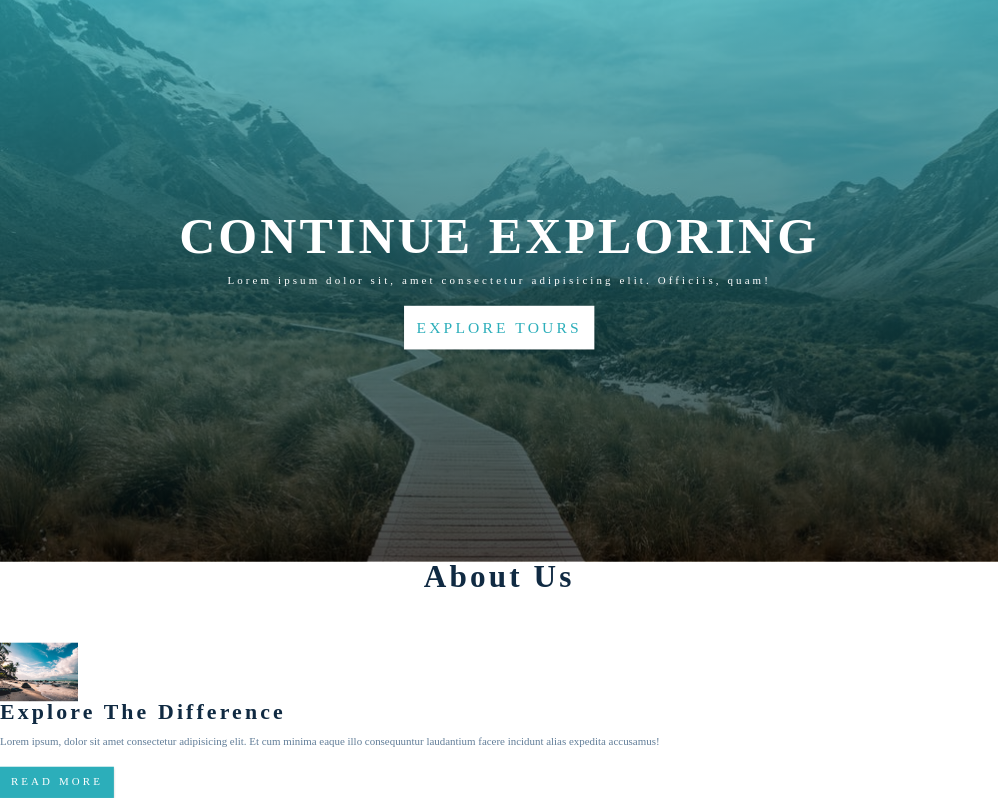
Repository: Ndifoinhilary/flexbox-project
Page: index.html
These files come from the project's save history. The page is drawn as it stood at one moment and after the next save; the edit follows.
The browser window is 1280 px wide. The pictures show the whole page, at 78% of full size.

Above is the page before, as saved 2024-01-18 15:02:06.

### index.html
<!DOCTYPE html>
<html lang="en">
  <head>
    <meta charset="UTF-8" />
    <meta name="viewport" content="width=device-width, initial-scale=1.0" />
    <meta http-equiv="X-UA-Compatible" content="ie=edge" />
    <title>Backroads || Tour Company</title>
    <!-- favicon -->
    <link rel="shortcut icon" href="./images/favicon.ico" type="image/x-icon" />
    <!-- font-awesome -->
    <link rel="stylesheet" href="fontawesome-free-5.9.0-web/css/all.min.css" />
    <!-- styles css -->
    <link rel="stylesheet" href="./css/main.css" />
  </head>
  <body>
    <header id="home">
      <!-- nav bar -->
      <!-- end of nav bar -->
  <!-- hero section  -->
  <div class="hero">
    <div class="hero-banner">
      <h1>continue exploring</h1>
      <p>Lorem ipsum dolor sit, amet consectetur adipisicing elit. Officiis, quam!</p>
      <a href="#feature" class="btn hero-btn scroll-link ">explore tours</a>
    </div>
  </div>
   <!-- end of hero section  -->
    </header>
    <!-- end of header -->
   <!-- section -->
    <section class="section" id="about">
      <!-- section title -->
      <div class="section-title">
        <h2>about <span>us</span></h2>
      </div>
            <!-- section title -->
        <div class="section-center about-center">
          <!-- about image wrapper -->
          <article class="about-img">
            <img src="./images/about.jpeg"  class="about-photo" alt="awesome">
          </article>
          <!-- about infor -->
          <artilce class="about-info">
            <h3>explore the difference</h3>
            <p>Lorem ipsum, dolor sit amet consectetur adipisicing elit. Et cum minima eaque illo consequuntur laudantium facere incidunt alias expedita accusamus!</p>
            <a href="#" class="btn">read more</a>
          </artilce>
        </div>
    </section>
    <!-- end of section -->
  </body>
</html>

### css/main.css
@import url("https://fonts.googleapis.com/css?family=Lato:300,400|Poppins&display=swap");
/* css variables */
:root {
    --clr-primary-1:hsl(184, 91%, 17%);
    --clr-primary-2:hsl(185, 84%, 25%);
    --clr-primary-3:hsl(185, 81%, 29%);
    --clr-primary-4:hsl(184, 77%, 34%);
    --clr-primary-5:hsl(185, 62%, 45%);
    --clr-primary-6:hsl(185, 57%, 50%);
    --clr-primary-7:hsl(184, 65%, 59%);
    --clr-primary-8:hsl(184, 80%, 74%);
    --clr-primary-9:hsl(185, 94%, 84%);
    --clr-primary-100:hsl(186, 100%, 94%);
    /* dark grey */
    --clr-grey-1:hsl(209, 61%, 16%);
    --clr-grey-2:hsl(211, 39%, 23%);
    --clr-grey-3:hsl(209, 34%, 30%);
    --clr-grey-4:hsl(209, 28%, 39%);
    --clr-grey-5:hsl(210, 22%, 49%);
    --clr-grey-6:hsl(209, 23%, 60%);
    --clr-grey-7:hsl(211, 27%, 70%);
    --clr-grey-8:hsl(210, 31%, 80%);
    --clr-grey-9:hsl(212, 33%, 89%);
    --clr-grey-10:hsl(210, 36%, 96%);
     --clr-White: #fff;
  --ff-primary:"Lato" sans-serif ;
  --offWhite: #f7f7f7;
  --mainBlack: #222;
  --mainGrey: #ececec;
  --darkGrey: #afafaf;
  --transition: all 0.3s linear;
  --spacing: 0.25rem;
  --radius:0.5rem;
  --light-shadow: 0px 5px 15px rgba(0, 0, 0, 0.1);
  --darkShadow: 0px 5px 15px rgba(0, 0, 0, 0.2);
}


/* css global variables */

*{
  margin: 0;
  padding: 0;
  box-sizing: border-box;
}

body{
  font-family: var(--ff-primary);
  background: var(--clr-White);
  color: var(--clr-grey-1);
  line-height: 1.5rem;
  font-size: 0.875rem;
}

ul{
  list-style-type: none;

}

a{
  text-decoration: none;
}


img{
  width:100px;
  display: block;
}

h1,h2,h3,h4{
  letter-spacing: var(--spacing);
  text-transform: capitalize;
  line-height: 1.25rem;
  margin-bottom:0.75rem ;
}

h1{
  font-size: 3rem;
}
h2{
  font-size: 2rem;
}
h3{
  font-size: 2rem;
}
h4{
  font-size: 0.875rem;
}

p{
  margin-bottom: 1.25rem;
  color: var(--clr-grey-5);
}

@media screen and (min-width:800px) {
  h1{
    font-size: 4rem;
  }
  h2{
    font-size: 2.5rem;
  }
  h3{
    font-size:1.75rem;
  }
  h4{
    font-size: 1rem;
  }
  bod{
    font-size: 1rem;
  }
  h1,h2,h3,h4{
    line-height: 1;
  }
}



.btn{
  text-transform: uppercase;
  background: var(--clr-primary-5);
  letter-spacing: var(--spacing);
  color: var(--clr-White);
  border: 2px solid var(--clr-White);
  padding: 0.375rem 0.75rem;
  display: inline-block;
  transition: var(--transition);
  cursor: pointer;
  -webkit-transition: var(--transition);
  -moz-transition: var(--transition);
  -ms-transition: var(--transition);
  -o-transition: var(--transition);
  font-size: 0.875rem;
  border: 2px solid transparent;
  box-shadow: 0px 1px 3px rgba(0, 0, 0, 0.2);
}


.btn:hover{
  color: var(--clr-primary-1);
  background: var(--clr-primary-8);
}

.section{
  padding: 5rem, 0;
}
.section-title{
  text-align: center;
  margin-bottom: 4rem;
}

/* hero */

.hero{
  min-height: 100vh;
  background: var(--clr-primary-5);
  display: flex;
  justify-content: center;
  align-items: center;
}
.hero-banner{
  text-align: center;
  color: var(--clr-White);
  padding: 0 3rem;
}
.hero-banner h1{
  text-transform: uppercase;
}

.hero-banner p{
  max-width: 35rem;
  margin-left: auto;
  margin-right: auto;
  color: var(--clr-White);
  letter-spacing: var(--spacing);
}

.hero-btn{
  padding: 0.9rem;
  font-size: 1.25rem;
  background: var(--clr-White);
  color: var(--clr-primary-5);
}
.hero-btn:hover{
  background: transparent;
  color: var(--clr-White);
  border-color: var(--clr-White);
}
@media screen and (min-width:768px) {
  .hero{
    background:linear-gradient(rgb(44,174,186,0.7), rgb(0,0,0,0.7)) ,url('../images/main.jpeg') center/cover no-repeat;
  }
.hero-banner{
  padding: 0;
}
  .hero-banner p{
    max-width: 45rem;
  }

}
/* end of hero */





/* about us section */










/* end of about us section */

Loaded but not shown: fontawesome-free-5.9.0-web/css/all.min.css (library)

After the next save:
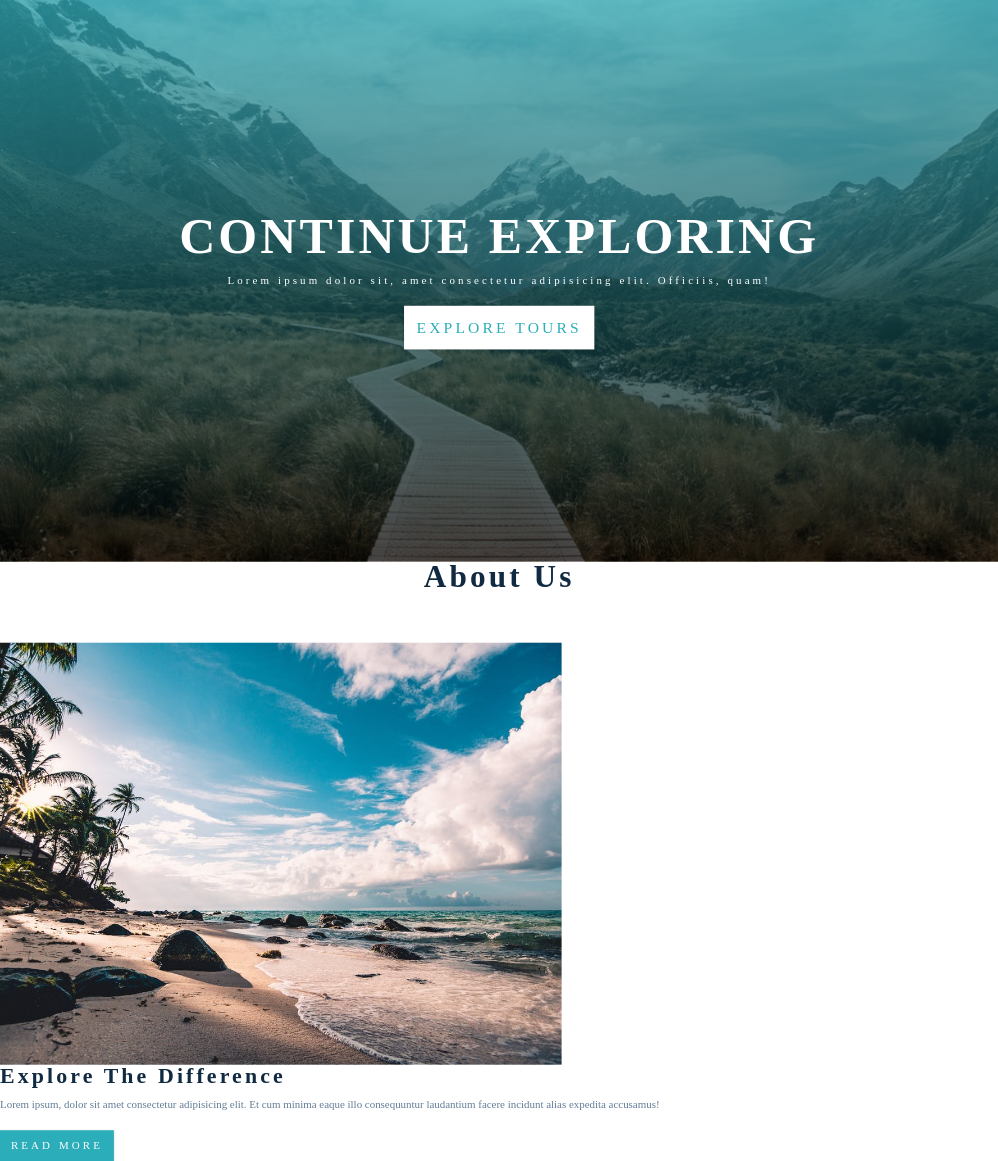
Saved 29 s later.
--- a/css/main.css
+++ b/css/main.css
@@ -63,7 +63,7 @@ a{
 
 
 img{
-  width:100px;
+  width:100vh;
   display: block;
 }
 
